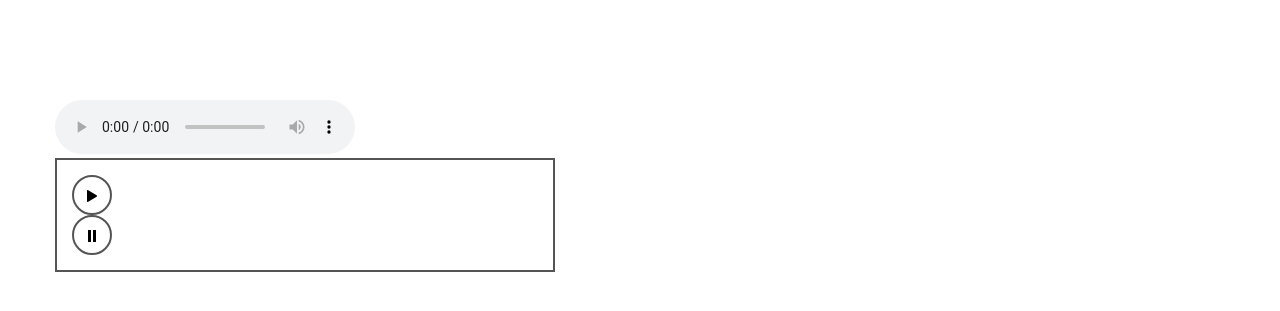
Repository: khanhbinh87/learnJs
Page: customSelect/customAudio/index.html
An editor plug-in stored every save of this project. The page is shown before and after the next save, followed by the edit.
The browser window is 1280 px wide. The pictures show the whole page.

Above is the page before, as saved 2021-06-18 11:05:48.

After the next save:
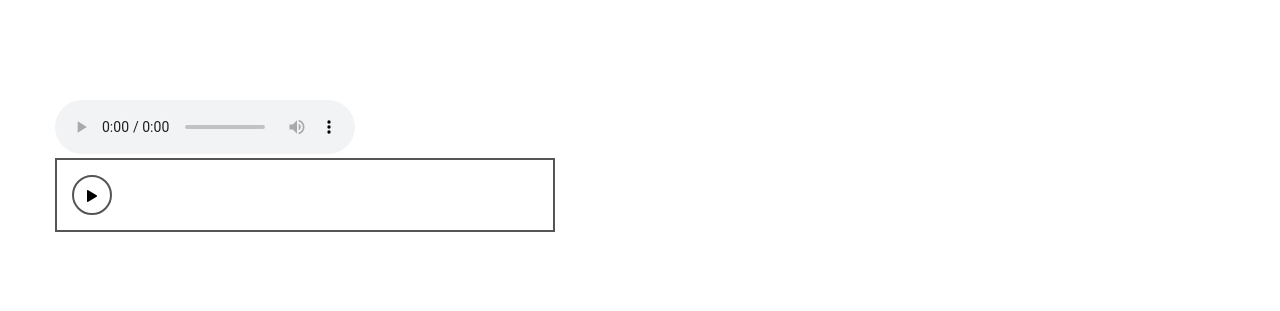
Saved 16 s later.
--- a/customSelect/customAudio/style.css
+++ b/customSelect/customAudio/style.css
@@ -9,6 +9,9 @@
     padding: 15px;
     border: 2px solid #555;
 }
+.custom-audio .pause{
+    display: none;
+}
 .custom-audio .play , .custom-audio .pause{
     width: 40px;
     height: 40px;
